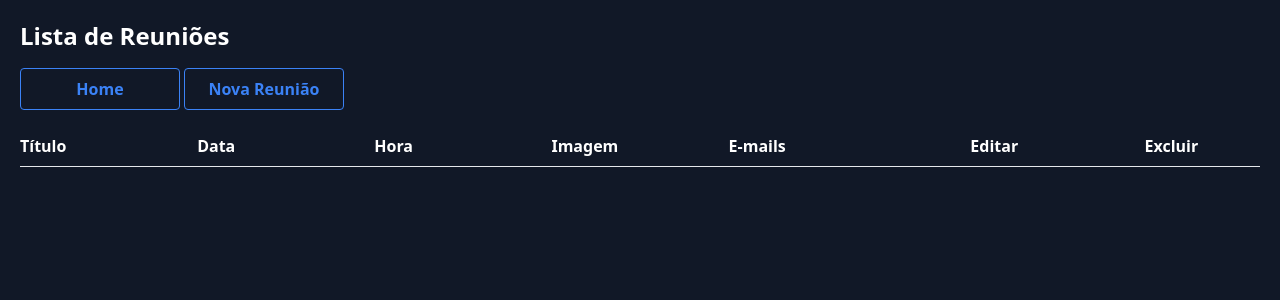
Repository: TamiBeira/meeting
Page: /meetings
These files come from the project's save history. The page is drawn as it stood at one moment and after the next save; the edit follows.
The browser window is 1280 px wide. The pictures show the whole page.
The project was rebuilt for these pictures with package versions that can differ from the ones it lists, and the page was loaded fresh each time. Also part of the build but not shown: vite.config.ts, src/contexts/FormContext.tsx, src/components/Form.tsx, src/components/HomePage.tsx.

Above is the page before, as saved 2024-02-27 07:44:28.

### index.html
<!doctype html>
<html lang="pt">
  <head>
    <meta charset="UTF-8" />
    <meta name="viewport" content="width=device-width, initial-scale=1.0" />
    <title>Meeting</title>
  </head>
  <body>
    <div id="root"></div>
    <script type="module" src="/src/main.tsx"></script>
  </body>
</html>

### src/app.tsx
import { BrowserRouter as Router, Routes, Route } from 'react-router-dom';
import { FormProvider } from './contexts/FormContext';
import { MeetingsProvider } from './contexts/MeetingsContext';
import { Form } from './components/Form';
import { MeetingsView } from './components/MeetingsView';
import { HomePage } from './components/HomePage';

export const App = () => {
  return (
    <Router>
      <Routes>
        <Route path="/" element={<HomePage />} />
        <Route path="/form" element={<FormProvider><Form /></FormProvider>} />
        <Route path="/meetings" element={<MeetingsProvider><MeetingsView /></MeetingsProvider>} />
      </Routes>
    </Router>
  );
};

### src/contexts/MeetingsContext.tsx
import React, { createContext, useState, useEffect, useContext } from 'react';
import { toast } from 'react-toastify';

export interface Meeting {
  title: string;
  data: string;
  hora: string;
  imagem?: string;
  imagemPath?: string;
  emails: string[];
}

interface MeetingsContextType {
  meetings: Meeting[];
  editableIndex: number | null;
  editedMeeting: Meeting;
  handleEdit: (index: number) => void;
  handleSave: () => void;
  handleDelete: (index: number) => void;
  handleInputChange: (event: React.ChangeEvent<HTMLInputElement>, key: string) => void;
}

interface MeetingContextProviderProps {
  children: React.ReactNode;
}

const MeetingsContext = createContext<MeetingsContextType | undefined>(undefined);

export const useMeetingsContext = () => {
  const context = useContext(MeetingsContext);
  if (!context) {
    throw new Error('useMeetingsContext must be used within a MeetingsProvider');
  }
  return context;
};

export const MeetingsProvider: React.FC<MeetingContextProviderProps> = ({ children }) => {
  const [meetings, setMeetings] = useState<Meeting[]>([]);
  const [editableIndex, setEditableIndex] = useState<number | null>(null);
  const [editedMeeting, setEditedMeeting] = useState<Meeting>({
    title: '',
    data: '',
    hora: '',
    emails: [],
  });

  useEffect(() => {
    const storedMeetings = localStorage.getItem('meetingData');
    if (storedMeetings) {
      setMeetings(JSON.parse(storedMeetings));
    }
  }, []);

  const handleEdit = (index: number) => {
    setEditableIndex(index);
    setEditedMeeting(meetings[index]);
  };

  const handleSave = () => {
    if (editableIndex === null) return;

    const updatedMeetings = [...meetings];
    updatedMeetings[editableIndex] = editedMeeting;
    setMeetings(updatedMeetings);
    localStorage.setItem('meetingData', JSON.stringify(updatedMeetings));
    setEditableIndex(null);
    setEditedMeeting({
      title: '',
      data: '',
      hora: '',
      emails: [],
    });
    toast.success('Reunião salva com sucesso!');
  };

  const handleDelete = (index: number) => {
    const confirmDelete = window.confirm('Tem certeza que deseja excluir esta reunião?');
    if (confirmDelete) {
      const updatedMeetings = [...meetings];
      updatedMeetings.splice(index, 1);
      setMeetings(updatedMeetings);
      localStorage.setItem('meetingData', JSON.stringify(updatedMeetings));
      toast.success('Reunião excluída com sucesso!');
    }
  };

  const handleInputChange = (event: React.ChangeEvent<HTMLInputElement>, key: string) => {
    setEditedMeeting({ ...editedMeeting, [key]: event.target.value });
  };

  const contextValue: MeetingsContextType = {
    meetings,
    editableIndex,
    editedMeeting,
    handleEdit,
    handleSave,
    handleDelete,
    handleInputChange,
  };

  return (
    <MeetingsContext.Provider value={contextValue}>
      {children}
    </MeetingsContext.Provider>
  );
};

### src/components/MeetingsView.tsx
import React from 'react';
import { Link } from 'react-router-dom';
import { ToastContainer } from 'react-toastify';
import { FaEdit, FaTrash } from 'react-icons/fa';
import { useMeetingsContext } from '../contexts/MeetingsContext';

export const MeetingsView: React.FC = () => {
  const {
    meetings,
    editableIndex,
    editedMeeting,
    handleEdit,
    handleSave,
    handleDelete,
    handleInputChange,
  } = useMeetingsContext();

  const handleImageChange = (e: React.ChangeEvent<HTMLInputElement>) => {
    const file = e.target.files && e.target.files[0];
    if (file) {
      const reader = new FileReader();
      reader.onloadend = () => {
        const imageDataUrl = reader.result as string;
        handleInputChange({ target: { value: imageDataUrl } } as React.ChangeEvent<HTMLInputElement>, 'imagem');
      };
      reader.readAsDataURL(file);
    }
  };

  return (
    <div className=" flex-col items-center bg-gray-900 h-screen mx-auto justify-center p-5">
      <h2 className="text-2xl text-white font-bold mb-4">Lista de Reuniões</h2>
      <div className="mt-4 mb-4">
        <Link to="/" className="w-40 mr-1 inline-block text-center border border-solid border-blue-500 text-blue-500 font-bold px-4 py-2 rounded">Home</Link>
        <Link to="/form" className="w-40 inline-block text-center border border-solid border-blue-500 text-blue-500 font-bold mr-2 px-4 py-2 rounded">Nova Reunião</Link>
      </div>
      <ul>
        <li className="border-b border-gray-200 py-2 flex sm:flex-row font-semibold">
          <div className="w-1/5 text-white">Título</div>
          <div className="w-1/5 text-white">Data</div>
          <div className="w-1/5 text-white">Hora</div>
          <div className="w-1/5 text-white">Imagem</div>
          <div className="w-1/5 text-white">E-mails</div>
          <div className="w-1/5 text-white text-center">Editar</div>
          <div className="w-1/5 text-white text-center">Excluir</div>
        </li>
        {meetings.map((meeting, index) => (
          <li key={index} className={`border-b border-gray-200 py-4 flex flex-col sm:flex-row justify-center items-center`}>
            {editableIndex === index ? (
              <>
                <input
                  type="text"
                  value={editedMeeting.title}
                  onChange={(e) => handleInputChange(e, 'title')}
                  className="mb-2 sm:mb-0 mr-4 px-4 py-2 border rounded-md shadow-sm focus:outline-none focus:ring-blue-500 focus:border-blue-500 max-w-28"
                  placeholder="Título"
                />
                <input
                  type="date"
                  value={editedMeeting.data}
                  onChange={(e) => handleInputChange(e, 'data')}
                  className="mb-2 sm:mb-0 mr-4 px-4 py-2 border rounded-md shadow-sm focus:outline-none focus:ring-blue-500 focus:border-blue-500"
                />
                <input
                  type="time"
                  value={editedMeeting.hora}
                  onChange={(e) => handleInputChange(e, 'hora')}
                  className="mb-2 sm:mb-0 mr-4 px-4 py-2 border rounded-md shadow-sm focus:outline-none focus:ring-blue-500 focus:border-blue-500"
                />
                <div className="flex items-center w-1/5">
                  <input
                    type="file"
                    accept="image/*"
                    onChange={handleImageChange}
                    className="hidden"
                    id="input-image"
                  />
                  <label htmlFor="input-image" className="cursor-pointer mr-2 underline text-blue-500">Escolher outra imagem</label>
                  {editedMeeting.imagem && (
                    <img src={editedMeeting.imagem} alt="Imagem da reunião" className="max-w-xs h-12" />
                  )}
                </div>
                <input
                  type="text"
                  value={editedMeeting.emails.join(', ')}
                  onChange={(e) => handleInputChange(e, 'emails')}
                  className="mb-2 sm:mb-0 mr-4 px-4 py-2 border rounded-md shadow-sm focus:outline-none focus:ring-blue-500 focus:border-blue-500 w-64"
                  placeholder="E-mails"
                />
                <div>
                  <button
                    onClick={handleSave}
                    className="bg-green-500 hover:bg-green-700 text-white font-bold py-2 px-4 mr-2 rounded"
                  >
                    Salvar
                  </button>
                </div>
              </>
            ) : (
              <>
                <div className="w-1/5 text-white">{meeting.title}</div>
                <div className="w-1/5 text-white">{meeting.data}</div>
                <div className="w-1/5 text-white">{meeting.hora}</div>
                <div className="w-1/5 text-white">
                  <img src={meeting.imagem} alt="Imagem da reunião" width={50} height={50}/>
                </div>
                <div className="w-1/5 text-white">{Array.isArray(meeting.emails) ? meeting.emails.join(', ') : ''}</div>
                <div className="w-1/5 text-center text-white">
                  <button
                    onClick={() => handleEdit(index)}
                    className="text-blue-500 font-bold"
                  >
                    <FaEdit className="inline-block mr-1" />
                  </button>
                </div>
                <div className='w-1/5 justify-center text-center'>
                  <button
                    onClick={() => handleDelete(index)}
                    className="text-red-500 font-bold"
                  >
                    <FaTrash className="inline-block mr-1" />
                  </button>
                </div>
              </>
            )}
          </li>
        ))}
      </ul>
      <ToastContainer />
    </div>
  );
};

### tailwind.config.js
/** @type {import('tailwindcss').Config} */
export default {
  content: [
    "./index.html",
    "./src/**/*.tsx",
  ],
  theme: {
    extend: {},
  },
  plugins: [],
}

Loaded but not shown: src/main.tsx (common file); src/index.css (common file)

After the next save:
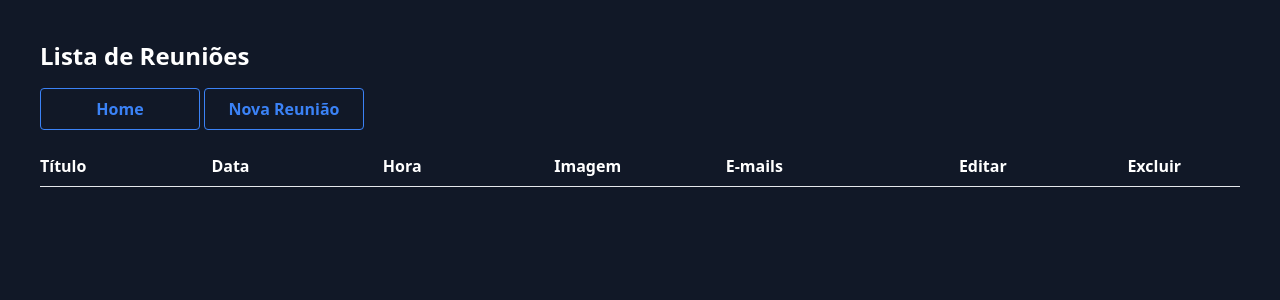
Saved 31 s later.
--- a/src/components/MeetingsView.tsx
+++ b/src/components/MeetingsView.tsx
@@ -28,7 +28,7 @@ export const MeetingsView: React.FC = () => {
   };
 
   return (
-    <div className=" flex-col items-center bg-gray-900 h-screen mx-auto justify-center p-5">
+    <div className=" flex-col items-center bg-gray-900 h-screen mx-auto justify-center p-10">
       <h2 className="text-2xl text-white font-bold mb-4">Lista de Reuniões</h2>
       <div className="mt-4 mb-4">
         <Link to="/" className="w-40 mr-1 inline-block text-center border border-solid border-blue-500 text-blue-500 font-bold px-4 py-2 rounded">Home</Link>

After the save that followed:
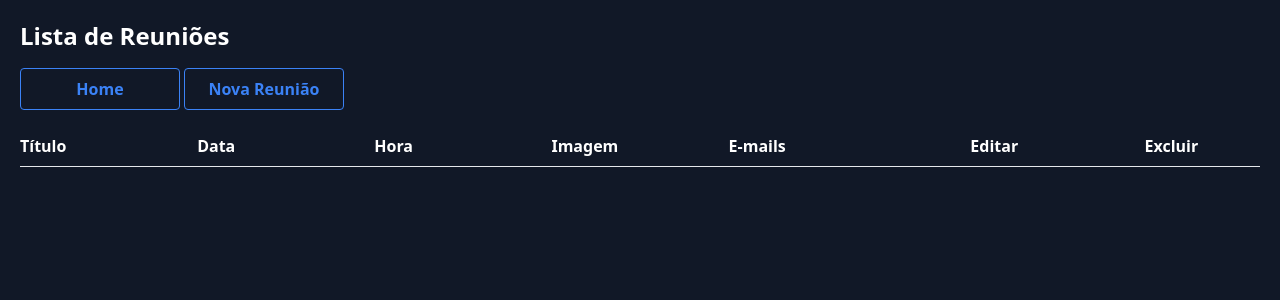
Saved 17 s later.
--- a/src/components/MeetingsView.tsx
+++ b/src/components/MeetingsView.tsx
@@ -28,7 +28,7 @@ export const MeetingsView: React.FC = () => {
   };
 
   return (
-    <div className=" flex-col items-center bg-gray-900 h-screen mx-auto justify-center p-10">
+    <div className=" flex-col items-center bg-gray-900 h-screen mx-auto justify-center p-5">
       <h2 className="text-2xl text-white font-bold mb-4">Lista de Reuniões</h2>
       <div className="mt-4 mb-4">
         <Link to="/" className="w-40 mr-1 inline-block text-center border border-solid border-blue-500 text-blue-500 font-bold px-4 py-2 rounded">Home</Link>
